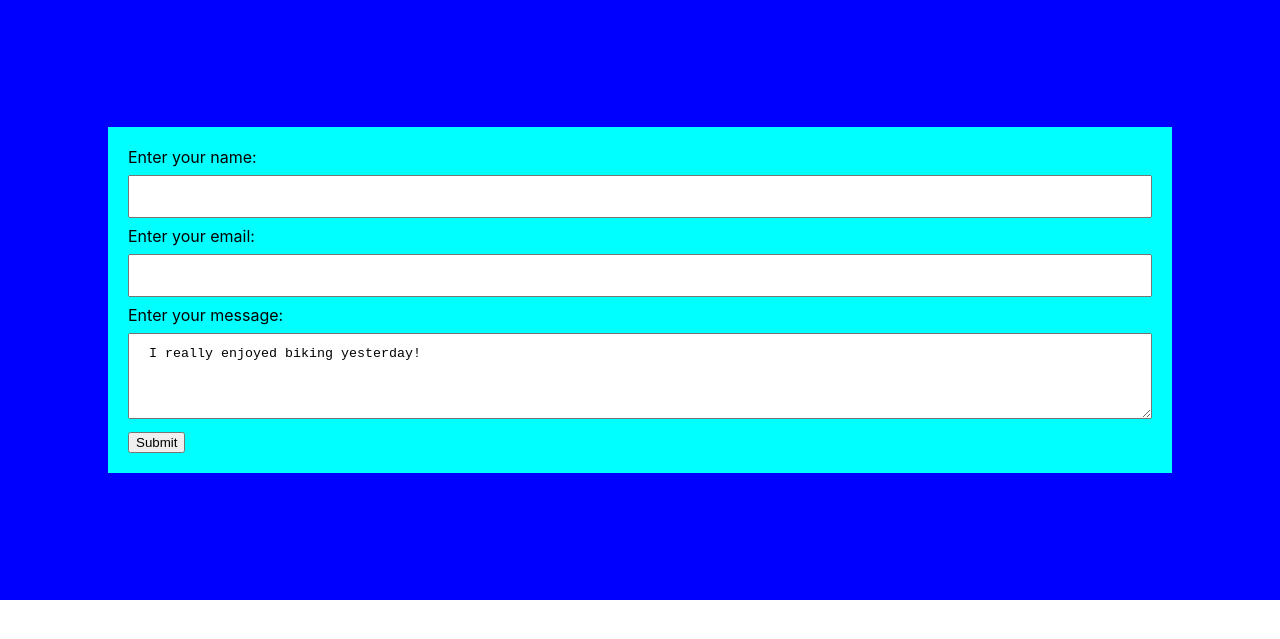
Repository: AddamVictorioDev/ProfileWebsite
Page: /form (app in con/)
These files come from the project's save history. The page is drawn as it stood at one moment and after the next save; the edit follows.
The browser window is 1280 px wide. The pictures show the whole page.
The project was rebuilt for these pictures with package versions that can differ from the ones it lists, and the page was loaded fresh each time. Also part of the build but not shown: con/src/App.css, con/src/home.css, con/src/home.js, con/src/addam.css, con/src/addam.js, con/src/usescripts.js, con/src/projects.js.

Above is the page before, as saved 2023-03-16 18:51:43.

### con/src/index.css
body {
  margin: 0;
  font-family: -apple-system, BlinkMacSystemFont, 'Segoe UI', 'Roboto', 'Oxygen',
    'Ubuntu', 'Cantarell', 'Fira Sans', 'Droid Sans', 'Helvetica Neue',
    sans-serif;
  -webkit-font-smoothing: antialiased;
  -moz-osx-font-smoothing: grayscale;
  /* background-image: url("/Users/addamvictorio/con/src/waterdropwallpp.jpg"); */
  /* background-color: #ffffff; */

}

code {
  font-family: source-code-pro, Menlo, Monaco, Consolas, 'Courier New',
    monospace;
}

### con/src/App.js
import logo from './logo.svg';
import './App.css';
import HomePage from './home';
import Addam from './addam';

import {
  BrowserRouter,
  Routes,
  Route
} from "react-router-dom";
import Projects from './projects';
import MyForm from './form';

function App() {

  return (

    <BrowserRouter>
      <Routes>


      <Route exact path="/" element={<Addam />}  />
      <Route path="projects" element={<Projects />} />
      <Route path="form" element={<MyForm />} />

      </Routes>


  </BrowserRouter>

  );
}

export default App;

### con/src/form.js
import { useState } from 'react';
import ReactDOM from 'react-dom/client';
import './form.css'

function MyForm() {
  const [inputs, setInputs] = useState({});
  const [textarea, setTextarea] = useState(
    "The content of a textarea goes in the value attribute"
  );

  const handleChange = (event) => {
    const name = event.target.name;
    const value = event.target.value;
    setInputs(values => ({...values, [name]: value}))
  }

  const handleSubmit = (event) => {
    event.preventDefault();
    alert(inputs);
  }

  return (
    <div className="center">
    <form onSubmit={handleSubmit}>
      <label>Enter your name:
      <input
        type="text"
        name="username"
        value={inputs.username || ""}
        onChange={handleChange}
      />
      </label>
      <label>Enter your email:
        <input
          type="text"
          name="age"
          value={inputs.age || ""}
          onChange={handleChange}
        />
        </label>
        <label>Enter your message:
        <textarea
        name="postContent"
        defaultValue="I really enjoyed biking yesterday!"
        rows={4}
        cols={40}
      />
        </label>

        <input type="submit" />
    </form>
    </div>
  )
}

export default MyForm;

### con/src/projects.css
.center{
    display: grid;
    justify-content: center;
    align-items: center;


}
.photo-grid {
    display: flex;
    height: 100%;

    border-radius: 10px;
    border-color: black;

    flex-wrap: wrap;
    justify-content: center;
    align-items: center;
    gap: 10px;
    background-color: blueviolet;
  }

  .photo-item {
    height: 100%;


    position: relative;




    overflow: auto;
  }

  img {
    width: 100%;
    height: 100%;


    object-fit: cover;
  }
  .img-text {
    position: absolute;
    width: 100%;
    bottom: 10px;

    color: white;
    background-color: rgb(199, 6, 6);
    padding: 10px;
  }

### con/src/form.css

.container{
    justify-content: center;
    align-items:center;
    background-color: aquamarine;
}

.center{
    display: grid;
    place-items: center;
    height: 600px;
    background-color: blue;

}


form{
    background-color: aqua;
    width: 80%;
    padding: 20px;
}

input[type=text] {
    width: 100%;
    padding: 12px 20px;
    margin: 8px 0;

    box-sizing: border-box;
  }
  textarea{

    width: 100%;
    padding: 12px 20px;
    margin: 8px 0;
    box-sizing: border-box;
  }

Loaded but not shown: con/public/index.html (common file); con/src/index.js (common file); con/src/reportWebVitals.js (common file)

After the next save:
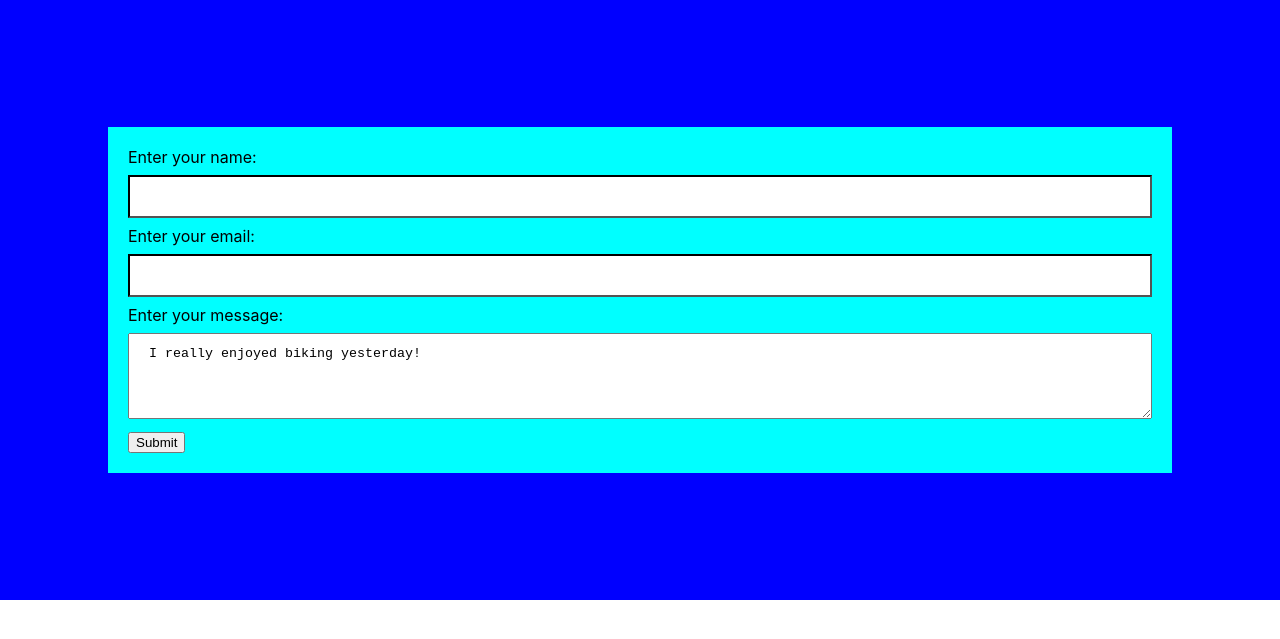
Saved 20 s later.
--- a/con/src/form.css
+++ b/con/src/form.css
@@ -24,7 +24,7 @@ input[type=text] {
     width: 100%;
     padding: 12px 20px;
     margin: 8px 0;
-
+border-color: black;
     box-sizing: border-box;
   }
   textarea{
